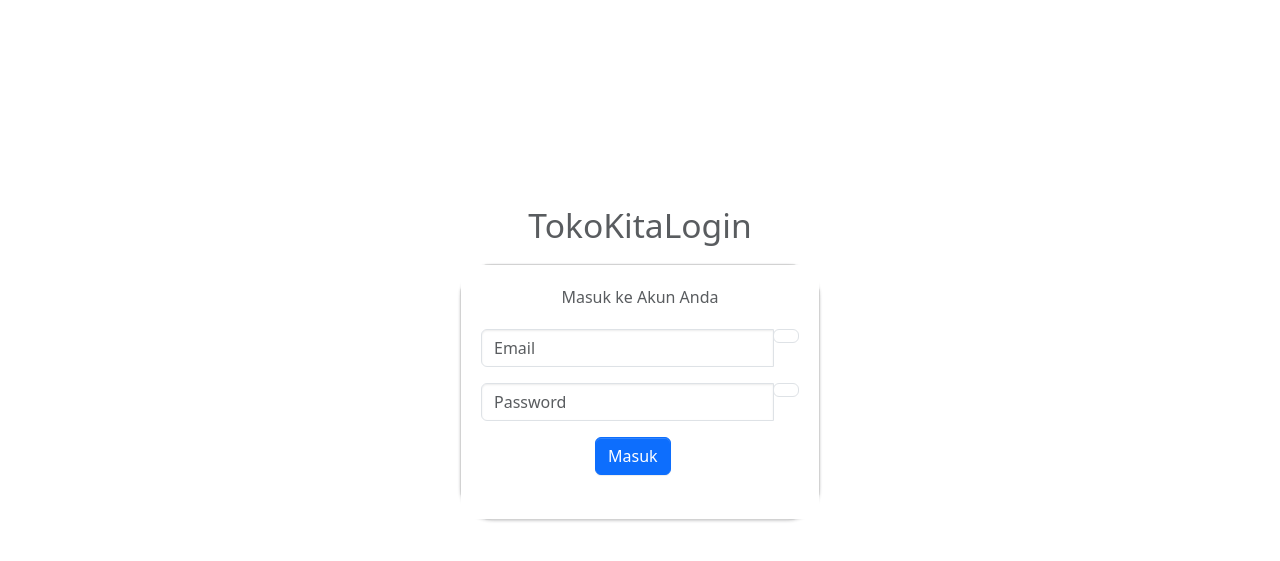
Repository: mufti-1448/Kasir-Toko-Kita-Web
Page: http://localhost/
The author's editor kept a copy of each file at every save. The page is drawn from the files as they stood at one save, then again after a run of saves.
The browser window is 1280 px wide. The pictures show the whole page.
Some web fonts or font styles are not loaded; a fallback is used. The page is served by the project's Laravel application, run on PHP 8.4 with Laravel 12. Other server files are loaded and not shown. Style sheets and scripts are compiled from the project's sources, by tool versions that may differ from the author's.

Above is the page before, as saved 2026-02-03 10:20:49.
Console error: TypeError: Cannot read properties of undefined (reading 'fn')

### routes/web.php
<?php

use Illuminate\Support\Facades\Route;
use App\Http\Controllers\LoginController;
use Symfony\Component\Mailer\Transport\RoundRobinTransport;

// Route::get('/', function () {
//     return view('welcome');
// });

Route::get('/', [LoginController::class, 'showLoginForm']);

### app/Http/Controllers/LoginController.php
<?php

namespace App\Http\Controllers;

use Illuminate\Http\Request;

class LoginController extends Controller
{
    public function showLoginForm() {
        return view('login.login');
    }
}

### resources/views/login/login.blade.php
<!DOCTYPE html>
<html>

<head>
    <meta charset="utf-8">
    <meta http-equiv="X-UA-Compatible" content="IE=edge">
    <title>Admin | Log in</title>
    <!-- Tell the browser to be responsive to screen width -->
    <meta name="viewport" content="width=device-width, initial-scale=1">

    <!-- Font Awesome -->
    <link rel="stylesheet" href="{{ asset('AdminLTE/plugins/fontawesome-free/css/all.min.css') }}">
    <!-- Ionicons -->
    <link rel="stylesheet" href="https://code.ionicframework.com/ionicons/2.0.1/css/ionicons.min.css">
    <!-- icheck bootstrap -->
    <link rel="stylesheet" href="{{ asset('AdminLTE/plugins/icheck-bootstrap/icheck-bootstrap.min.css') }}">
    <!-- Theme style -->
    <link rel="stylesheet" href="{{ asset('AdminLTE/dist/css/adminlte.min.css') }}">
    <!-- Google Font: Source Sans Pro -->
    <link href="https://fonts.googleapis.com/css?family=Source+Sans+Pro:300,400,400i,700" rel="stylesheet">
</head>

<body class="hold-transition login-page">
    <div class="login-box">
        <div class="login-logo">
            <a href="../../index2.html"><b>TokoKita</b>Login</a>
        </div>
        <!-- /.login-logo -->
        <div class="card rounded-5">
            <div class="card-body login-card-body">
                <p class="login-box-msg">Masuk ke Akun Anda</p>

                <form action="../../index3.html" method="post">
                    <div class="input-group mb-3 ">
                        <input type="email" class="form-control" placeholder="Email">
                        <div class="input-group-append">
                            <div class="input-group-text">
                                <span class="fas fa-envelope"></span>
                            </div>
                        </div>
                    </div>
                    <div class="input-group mb-3">
                        <input type="password" class="form-control" placeholder="Password">
                        <div class="input-group-append">
                            <div class="input-group-text">
                                <span class="fas fa-lock"></span>
                            </div>
                        </div>
                    </div>
                    <div class="row justify-content-center mb-4">
                        <!-- /.col -->
                        <div class="col-4">
                            <button type="submit" class="btn btn-primary btn-block">Masuk</button>
                        </div>
                        <!-- /.col -->
                    </div>
                </form>
            </div>
            <!-- /.login-card-body -->
        </div>
    </div>
    <!-- /.login-box -->

    <!-- jQuery -->
    <script src="{{ asset('AdminLTE/plugins/jquery/jquery.min.js') }}"></script>
    <!-- Bootstrap 4 -->
    <script src="{{ asset('AdminLTE/plugins/bootstrap/js/bootstrap.bundle.min.js') }}"></script>
    <!-- AdminLTE App -->
    <script src="{{ asset('AdminLTE/dist/js/adminlte.min.js') }}"></script>
</body>

</html>

### assets/template/src/scss/adminlte.scss
/*!
 *   AdminLTE v4.0.0-beta1
 *   Author: Colorlib
 *   Website: AdminLTE.io <https://adminlte.io>
 *   License: Open source - MIT <https://opensource.org/licenses/MIT>
 */

// Bootstrap Configuration
// ---------------------------------------------------
@import "bootstrap/scss/functions";

// AdminLTE Configuration
// ---------------------------------------------------
@import "bootstrap-variables"; // little modified are here

// Bootstrap Configuration
// ---------------------------------------------------
@import "bootstrap/scss/variables";
@import "bootstrap/scss/variables-dark";
@import "bootstrap/scss/maps";
@import "bootstrap/scss/mixins";
@import "bootstrap/scss/utilities";

// Bootstrap Layout & components
@import "bootstrap/scss/root";
@import "bootstrap/scss/reboot";
@import "bootstrap/scss/type";
@import "bootstrap/scss/images";
@import "bootstrap/scss/containers";
@import "bootstrap/scss/grid";
@import "bootstrap/scss/tables";
@import "bootstrap/scss/forms";
@import "bootstrap/scss/buttons";
@import "bootstrap/scss/transitions";
@import "bootstrap/scss/dropdown";
@import "bootstrap/scss/button-group";
@import "bootstrap/scss/nav";
@import "bootstrap/scss/navbar";
@import "bootstrap/scss/card";
@import "bootstrap/scss/accordion";
@import "bootstrap/scss/breadcrumb";
@import "bootstrap/scss/pagination";
@import "bootstrap/scss/badge";
@import "bootstrap/scss/alert";
@import "bootstrap/scss/progress";
@import "bootstrap/scss/list-group";
@import "bootstrap/scss/close";
@import "bootstrap/scss/toasts";
@import "bootstrap/scss/modal";
@import "bootstrap/scss/tooltip";
@import "bootstrap/scss/popover";
@import "bootstrap/scss/carousel";
@import "bootstrap/scss/spinners";
@import "bootstrap/scss/offcanvas";
@import "bootstrap/scss/placeholders";

// Bootstrap Helpers
@import "bootstrap/scss/helpers";

// Bootstrap Utilities
@import "bootstrap/scss/utilities/api";

// AdminLTE Configuration
// ---------------------------------------------------
@import "variables";
@import "variables-dark";
@import "mixins";

// AdiminLTE Parts
// ---------------------------------------------------
@import "parts/core";
@import "parts/components";
@import "parts/extra-components";
@import "parts/pages";
@import "parts/miscellaneous";

### assets/template/src/scss/_variables-dark.scss
// SIDEBAR SKINS
// --------------------------------------------------------

$lte-sidebar-hover-bg-dark:               rgba(255, 255, 255, .1) !default;
$lte-sidebar-color-dark:                  #c2c7d0 !default;
$lte-sidebar-hover-color-dark:            $white !default;
$lte-sidebar-active-color-dark:           $white !default;
$lte-sidebar-menu-active-bg-dark:         rgba(255, 255, 255, .1) !default;
$lte-sidebar-menu-active-color-dark:      $white !default;
$lte-sidebar-submenu-bg-dark:             transparent !default;
$lte-sidebar-submenu-color-dark:          #c2c7d0 !default;
$lte-sidebar-submenu-hover-color-dark:    $white !default;
$lte-sidebar-submenu-hover-bg-dark:       rgba(255, 255, 255, .1) !default;
$lte-sidebar-submenu-active-color-dark:   $white !default;
$lte-sidebar-submenu-active-bg-dark:      rgba(255, 255, 255, .1) !default;
$lte-sidebar-header-color-dark:           tint-color(#c2c7d0, 5%) !default;

### assets/template/src/scss/mixins/_animations.scss
//
// Mixins: Animation
//


@keyframes flipInX {
  0% {
    opacity: 0;
    transition-timing-function: ease-in;
    transform: perspective(400px) rotate3d(1, 0, 0, 90deg);
  }

  40% {
    transition-timing-function: ease-in;
    transform: perspective(400px) rotate3d(1, 0, 0, -20deg);
  }

  60% {
    opacity: 1;
    transform: perspective(400px) rotate3d(1, 0, 0, 10deg);
  }

  80% {
    transform: perspective(400px) rotate3d(1, 0, 0, -5deg);
  }

  100% {
    transform: perspective(400px);
  }
}

@keyframes fadeIn {
  from {
    opacity: 0;
  }

  to {
    opacity: 1;
  }
}

@keyframes fadeOut {
  from {
    opacity: 1;
  }

  to {
    opacity: 0;
  }
}

@keyframes shake {
  0% {
    transform: translate(2px, 1px) rotate(0deg);
  }
  10% {
    transform: translate(-1px, -2px) rotate(-2deg);
  }
  20% {
    transform: translate(-3px, 0) rotate(3deg);
  }
  30% {
    transform: translate(0, 2px) rotate(0deg);
  }
  40% {
    transform: translate(1px, -1px) rotate(1deg);
  }
  50% {
    transform: translate(-1px, 2px) rotate(-1deg);
  }
  60% {
    transform: translate(-3px, 1px) rotate(0deg);
  }
  70% {
    transform: translate(2px, 1px) rotate(-2deg);
  }
  80% {
    transform: translate(-1px, -1px) rotate(4deg);
  }
  90% {
    transform: translate(2px, 2px) rotate(0deg);
  }
  100% {
    transform: translate(1px, -2px) rotate(-1deg);
  }
}

@keyframes wobble {
  0% {
    transform: none;
  }

  15% {
    transform: translate3d(-25%, 0, 0) rotate3d(0, 0, 1, -5deg);
  }

  30% {
    transform: translate3d(20%, 0, 0) rotate3d(0, 0, 1, 3deg);
  }

  45% {
    transform: translate3d(-15%, 0, 0) rotate3d(0, 0, 1, -3deg);
  }

  60% {
    transform: translate3d(10%, 0, 0) rotate3d(0, 0, 1, 2deg);
  }

  75% {
    transform: translate3d(-5%, 0, 0) rotate3d(0, 0, 1, -1deg);
  }

  100% {
    transform: none;
  }
}

### assets/template/src/scss/_app-content.scss
.app-content {
  padding: $lte-content-padding-y $lte-content-padding-x;
}

.app-content-top-area,
.app-content-bottom-area{
  display: flex;
  align-items: center;
  padding: $lte-content-padding-y $lte-content-padding-x;
  overflow: auto;
  background: $lte-app-footer-bg;

  > .row {
    display: contents;
  }

  &.app-content-top-area-sm,
  &.app-content-bottom-area-sm{
    min-height: $lte-app-content-bottom-area-height-sm;
  }

  &.app-content-top-area-md,
  &.app-content-bottom-area-md{
    min-height: $lte-app-content-bottom-area-height-md;
  }
  &.app-content-top-area-lg,
  &.app-content-bottom-area-lg{
    min-height: $lte-app-content-bottom-area-height-lg;
  }
  &.app-content-top-area-xl,
  &.app-content-bottom-area-xl{
    min-height: $lte-app-content-bottom-area-height-xl;
  }
}

.app-content-top-area:not(.app-content-top-area-sm):not(.app-content-top-area-md):not(.app-content-top-area-lg):not(.app-content-top-area-xl),
.app-content-bottom-area:not(.app-content-bottom-area-sm):not(.app-content-bottom-area-md):not(.app-content-bottom-area-lg):not(.app-content-bottom-area-xl) {
  padding-top: $grid-gutter-width * .625;
  padding-bottom: $grid-gutter-width * .625;
}

.app-content-bottom-area {
  border-top: $lte-app-footer-border-top;
}
.app-content-top-area {
  border-bottom: $lte-app-footer-border-top;

  + .app-main {
    padding-top: $grid-gutter-width * .5;
  }
}

### assets/template/src/scss/_callouts.scss
//
// Callouts
//

.callout {
  --#{$prefix}link-color-rgb: var(--#{$lte-prefix}callout-link);
  --#{$prefix}code-color: var(--#{$lte-prefix}callout-code-color);

  padding: 1.25rem;
  color: var(--#{$lte-prefix}callout-color, inherit);
  background-color: var(--#{$lte-prefix}callout-bg, var(--bs-gray-100));
  border-left: .25rem solid var(--#{$lte-prefix}callout-border, var(--bs-gray-300));

  .callout-link {
    font-weight: $lte-callout-link-font-weight;
    color: var(--#{$prefix}callout-link-color);
  }

  h4 {
    margin-bottom: .25rem;
  }

  > :last-child {
    margin-bottom: 0;
  }

  + .callout {
    margin-top: -.25rem;
  }
}

// Variations
@each $name, $color in $theme-colors {
  .callout-#{$name} {
    --#{$lte-prefix}callout-color: var(--#{$prefix}#{$name}-text-emphasis);
    --#{$lte-prefix}callout-bg: var(--#{$prefix}#{$name}-bg-subtle);
    --#{$lte-prefix}callout-border: var(--#{$prefix}#{$name}-border-subtle);
    --#{$prefix}callout-link-color: var(--#{$prefix}#{$name}-text-emphasis);
  }
}

### assets/template/src/scss/_compact-mode.scss
.compact-mode {
  .app-content-top-area:not(.app-content-top-area-sm):not(.app-content-top-area-md):not(.app-content-top-area-lg):not(.app-content-top-area-xl),
  .app-content-bottom-area:not(.app-content-bottom-area-sm):not(.app-content-bottom-area-md):not(.app-content-bottom-area-lg):not(.app-content-bottom-area-xl) {
    padding-top: $grid-gutter-width * .425;
    padding-bottom: $grid-gutter-width * .425;
  }
  .app-content-top-area-sm,
  .app-content-bottom-area-sm {
    min-height: $lte-app-content-bottom-area-height-sm * .825;
  }

  .app-content-top-area-md,
  .app-content-bottom-area-md {
    min-height: $lte-app-content-bottom-area-height-md * .825;
  }

  .app-content-top-area-lg,
  .app-content-bottom-area-lg {
    min-height: $lte-app-content-bottom-area-height-lg * .825;
  }

  .app-content-top-area-xl,
  .app-content-bottom-area-xl {
    min-height: $lte-app-content-bottom-area-height-xl * .825;
  }


  .app-header {
    max-height: $lte-app-header-height-compact;

    .nav-link {
      max-height: $nav-link-height-compact;
    }
  }

  .nav-link {
    --bs-nav-link-padding-y: .25rem;
    --bs-nav-link-padding-x: .5rem;
  }

  &.sidebar-mini.sidebar-collapse {
    .app-sidebar:not(:hover) {
      min-width: $lte-sidebar-mini-width-compact;
      max-width: $lte-sidebar-mini-width-compact;

      .sidebar-menu {
        .nav-link {
          width: $lte-sidebar-mini-width-compact - $lte-sidebar-padding-x * 2 !important;
        }
      }
    }
  }

  .logo-xs,
  .logo-xl {
    max-height: $lte-app-header-height-compact;
  }

  .brand-image {
    width: $nav-link-height-compact;
    height: $nav-link-height-compact;
  }

  .sidebar-brand {
    height: $lte-app-header-height-compact;
  }

  .app-footer {
    padding: $lte-app-footer-padding-compact;
  }

  .sidebar-wrapper {
    .nav-icon {
      min-width: 1.1rem;
      max-width: 1.1rem;
    }
  }
}

### assets/template/src/scss/_progress-bars.scss
//
// Component: Progress Bar
//

//General CSS
.progress {
  @include box-shadow(null);
  @include border-radius($lte-progress-bar-border-radius);

  // Vertical bars
  &.vertical {
    position: relative;
    display: inline-block;
    width: 30px;
    height: 200px;
    margin-right: 10px;

    > .progress-bar {
      position: absolute;
      bottom: 0;
      width: 100%;
    }

    //Sizes
    &.sm,
    &.progress-sm {
      width: 20px;
    }

    &.xs,
    &.progress-xs {
      width: 10px;
    }

    &.xxs,
    &.progress-xxs {
      width: 3px;
    }
  }
}

.progress-group {
  margin-bottom: map-get($spacers, 2);
}

// size variation
.progress-sm {
  height: 10px;
}

.progress-xs {
  height: 7px;
}

.progress-xxs {
  height: 3px;
}

// Remove margins from progress bars when put in a table
.table {
  tr > td {
    .progress {
      margin: 0;
    }
  }
}

### assets/template/src/scss/_table.scss
//
// Component: Table
//

.table {
  &:not(.table-dark) {
    color: inherit;
  }

  // fixed table head
  &.table-head-fixed {
    thead tr:nth-child(1) th {
      position: sticky;
      top: 0;
      z-index: 10;
      background-color: $white;
      border-bottom: 0;
      box-shadow: inset 0 1px 0 $table-border-color, inset 0 -1px 0 $table-border-color;
    }

    // TODO: add $table-dark
    // &.table-dark {
    //   thead tr {
    //     &:nth-child(1) th {
    //       background-color: $table-dark-bg;
    //       box-shadow: inset 0 1px 0 $table-dark-border-color, inset 0 -1px 0 $table-dark-border-color;
    //     }
    //   }
    // }
  }

  // no border
  &.no-border {
    &,
    td,
    th {
      border: 0;
    }
  }

  // .text-center in tables
  &.text-center {
    &,
    td,
    th {
      text-align: center;
    }
  }

  &.table-valign-middle {
    thead > tr > th,
    thead > tr > td,
    tbody > tr > th,
    tbody > tr > td {
      vertical-align: middle;
    }
  }

  .card-body.p-0 & {
    thead > tr > th,
    thead > tr > td,
    tfoot > tr > th,
    tfoot > tr > td,
    tbody > tr > th,
    tbody > tr > td {
      &:first-of-type {
        padding-left: map-get($spacers, 4);
      }

      &:last-of-type {
        padding-right: map-get($spacers, 4);
      }
    }
  }
}

### assets/template/src/scss/_small-box.scss
//
// Component: Small Box
//

.small-box {
  @include border-radius($border-radius);
  @include box-shadow($lte-card-shadow);
  position: relative;
  display: block;
  margin-bottom: 1.25rem;
  --bs-link-color-rgb: none;
  --bs-link-hover-color-rgb: none;
  --bs-heading-color: none;

  // content wrapper
  > .inner {
    padding: 10px;
  }

  > .small-box-footer {
    position: relative;
    z-index: 10;
    display: block;
    padding: 3px 0;
    text-align: center;
    background-color: rgba($black, .07);

    &:hover {
      background-color: rgba($black, .1);
    }
  }

  h3 {
    @include font-size(2.2rem);
    padding: 0;
    margin: 0 0 10px;
    font-weight: 700;
    white-space: nowrap;
  }

  @include media-breakpoint-up(lg) {
    .col-xl-2 &,
    .col-lg-2 &,
    .col-md-2 & {
      h3 {
        @include font-size(1.6rem);
      }
    }

    .col-xl-3 &,
    .col-lg-3 &,
    .col-md-3 & {
      h3 {
        @include font-size(1.6rem);
      }
    }
  }

  @include media-breakpoint-up(xl) {
    .col-xl-2 &,
    .col-lg-2 &,
    .col-md-2 & {
      h3 {
        @include font-size(2.2rem);
      }
    }

    .col-xl-3 &,
    .col-lg-3 &,
    .col-md-3 & {
      h3 {
        @include font-size(2.2rem);
      }
    }
  }

  p {
    font-size: 1rem;

    > small {
      display: block;
      margin-top: 5px;
      font-size: .9rem;
      color: $gray-100;
    }
  }

  h3,
  p {
    z-index: 5;
  }

  // the icon
  .small-box-icon {
    position: absolute;
    top: 15px;
    right: 15px;
    z-index: 0;
    height: 70px;
    font-size: 70px;
    color: rgba($black, .15);
    @include transition(transform $lte-transition-speed linear);
  }

  // Small box hover state
  &:hover {
    // Animate icons on small box hover
    .small-box-icon {
      transform: scale(1.1);
    }
  }
}

@include media-breakpoint-down(sm) {
  // No need for icons on very small devices
  .small-box {
    text-align: center;

    .small-box-icon {
      display: none;
    }

    p {
      font-size: 12px;
    }
  }
}

### assets/template/src/scss/_info-box.scss
//
// Component: Info Box
//

.info-box {
  @include box-shadow($lte-card-shadow);
  @include border-radius($border-radius);

  position: relative;
  display: flex;
  width: 100%;
  min-height: 80px;
  padding: .5rem;
  margin-bottom: map-get($spacers, 3);
  color: var(--#{$prefix}body-color);
  background-color: var(--#{$prefix}body-bg);

  .progress {
    height: 2px;
    margin: 5px 0;
    background-color: rgba(var(--#{$lte-prefix}card-variant-color-rgb), .125);

    .progress-bar {
      background-color: var(--#{$lte-prefix}card-variant-color);
    }
  }

  .info-box-icon {
    display: flex;
    align-items: center;
    justify-content: center;
    width: 70px;
    font-size: 1.875rem;
    text-align: center;
    @include border-radius($border-radius);

    > img {
      max-width: 100%;
    }
  }

  .info-box-content {
    display: flex;
    flex: 1;
    flex-direction: column;
    justify-content: center;
    padding: 0 10px;
    line-height: 1.8;
  }

  .info-box-number {
    display: block;
    margin-top: .25rem;
    font-weight: $font-weight-bold;
  }

  .progress-description,
  .info-box-text {
    display: block;
    overflow: hidden;
    text-overflow: ellipsis;
    white-space: nowrap;
  }

  .info-box-more {
    display: block;
  }

  .progress-description {
    margin: 0;

  }

  @include media-breakpoint-up(md) {
    .col-xl-2 &,
    .col-lg-2 &,
    .col-md-2 & {
      .progress-description {
        display: none;
      }
    }

    .col-xl-3 &,
    .col-lg-3 &,
    .col-md-3 & {
      .progress-description {
        display: none;
      }
    }
  }

  @include media-breakpoint-up(lg) {
    .col-xl-2 &,
    .col-lg-2 &,
    .col-md-2 & {
      .progress-description {
        @include font-size(.75rem);
        display: block;
      }
    }

    .col-xl-3 &,
    .col-lg-3 &,
    .col-md-3 & {
      .progress-description {
        @include font-size(.75rem);
        display: block;
      }
    }
  }

  @include media-breakpoint-up(xl) {
    .col-xl-2 &,
    .col-lg-2 &,
    .col-md-2 & {
      .progress-description {
        @include font-size(1rem);
        display: block;
      }
    }

    .col-xl-3 &,
    .col-lg-3 &,
    .col-md-3 & {
      .progress-description {
        @include font-size(1rem);
        display: block;
      }
    }
  }
}

### assets/template/src/scss/_toasts.scss
//
// Toast
//

@each $name, $color in $theme-colors {
  .toast-#{$name} {
    --#{$prefix}toast-header-color: #{color-contrast($color)};
    --#{$prefix}toast-header-bg: #{$color};
    --#{$prefix}toast-header-border-color: #{$color};
    --#{$prefix}toast-border-color: #{$color};
    --#{$prefix}toast-bg: var(--#{$prefix}#{$name}-bg-subtle);

    @if color-contrast($color) == $color-contrast-light {
      .btn-close {
        @include btn-close-white();
      }
    }
  }
}

@if $enable-dark-mode {
  @include color-mode(dark) {
    @each $name, $color in $theme-colors {
      .toast-#{$name} {
        @if color-contrast($color) == $color-contrast-dark {
          .btn-close {
            --#{$prefix}btn-close-white-filter: none;
          }
        }
      }
    }
  }
}

### assets/template/src/scss/pages/_login_and_register.scss
//
// Pages: Login & Register
//

.login-logo,
.register-logo {
  margin-bottom: .9rem;
  font-size: 2.1rem;
  font-weight: 300;
  text-align: center;

  a {
    color: var(--#{$prefix}secondary-color);
    text-decoration: none;
  }
}

.login-page,
.register-page {
  display: flex;
  flex-direction: column;
  align-items: center;
  justify-content: center;
  min-height: 100vh;
}

.login-box,
.register-box {
  width: 360px;

  @media (max-width: map-get($grid-breakpoints, sm)) {
    width: 90%;
    margin-top: .5rem;
  }

  .card {
    margin-bottom: 0;
  }
}

.login-card-body,
.register-card-body {
  padding: 20px;
  color: var(--#{$prefix}secondary-color);
  background-color: var(--#{$prefix}body-bg);
  border-top: 0;

  .input-group {
    .form-control {
      &:focus {
        box-shadow: none;

        ~ .input-group-prepend .input-group-text,
        ~ .input-group-append .input-group-text {
          border-color: $input-focus-border-color;
        }
      }

      &.is-valid {
        &:focus {
          box-shadow: none;
        }

        ~ .input-group-prepend .input-group-text,
        ~ .input-group-append .input-group-text {
          border-color: $success;
        }
      }

      &.is-invalid {
        &:focus {
          box-shadow: none;
        }

        ~ .input-group-append .input-group-text {
          border-color: $danger;
        }
      }
    }

    .input-group-text {
      color: var(--#{$prefix}secondary-color);
      background-color: transparent;
      @include border-top-end-radius($border-radius);
      @include border-bottom-end-radius($border-radius);
      @include transition($input-transition);
    }
  }
}

.login-box-msg,
.register-box-msg {
  padding: 0 20px 20px;
  margin: 0;
  text-align: center;
}

.social-auth-links {
  margin: 10px 0;
}

### assets/template/src/scss/pages/_lockscreen.scss
//
// Pages: Lock Screen
//

// ADD THIS CLASS TO THE <BODY> TAG
.lockscreen {
  // User name [optional]
  .lockscreen-name {
    font-weight: 600;
    text-align: center;
  }

  .lockscreen-logo {
    margin-bottom: 25px;
    font-size: 35px;
    font-weight: 300;
    text-align: center;

    a {
      color: var(--#{$prefix}emphasis-color);
      text-decoration: none;
    }
  }

  .lockscreen-wrapper {
    max-width: 400px;
    margin: 0 auto;
    margin-top: 10%;
  }

  // Will contain the image and the sign in form
  .lockscreen-item {
    position: relative;
    width: 290px;
    padding: 0;
    margin: 10px auto 30px;
    background-color: var(--#{$prefix}body-bg);
    @include border-radius(4px);
  }

  // User image
  .lockscreen-image {
    position: absolute;
    top: -25px;
    left: -10px;
    z-index: 10;
    padding: 5px;
    background-color: var(--#{$prefix}body-bg);
    @include border-radius(50%);

    > img {
      @include border-radius(50%);
      width: 70px;
      height: 70px;
    }
  }

  // Contains the password input and the login button
  .lockscreen-credentials {
    margin-left: 70px;

    .form-control {
      border: 0;
    }

    .btn {
      padding: 0 10px;
      border: 0;
    }
  }

  .lockscreen-footer {
    margin-top: 10px;
  }
}

Loaded but not shown: app/Http/Controllers/Controller.php (common file); public/AdminLTE/plugins/icheck-bootstrap/icheck-bootstrap.min.css (library); public/AdminLTE/plugins/bootstrap/js/bootstrap.bundle.min.js (library); public/AdminLTE/dist/js/adminlte.min.js (library); assets/template/src/scss/_bootstrap-variables.scss (common file); assets/template/src/scss/_mixins.scss (common file); assets/template/src/scss/mixins/_scrollbar.scss (common file); assets/template/src/scss/parts/_core.scss (common file); assets/template/src/scss/_root.scss (common file); assets/template/src/scss/_app-wrapper.scss (common file); assets/template/src/scss/_app-header.scss (common file); assets/template/src/scss/_app-main.scss (common file); assets/template/src/scss/_app-footer.scss (common file); assets/template/src/scss/_docs.scss (common file); assets/template/src/scss/parts/_components.scss (common file); assets/template/src/scss/parts/_extra-components.scss (common file); assets/template/src/scss/parts/_pages.scss (common file); assets/template/src/scss/parts/_miscellaneous.scss (common file); assets/template/src/scss/_miscellaneous.scss (common file); assets/template/src/scss/_app-sidebar.scss (602 lines, source omitted); assets/template/src/scss/_variables.scss (118 lines, source omitted); assets/template/src/scss/_cards.scss (309 lines, source omitted); assets/template/src/scss/_dropdown.scss (248 lines, source omitted); assets/template/src/scss/_direct-chat.scss (235 lines, source omitted); assets/template/src/scss/_timeline.scss (121 lines, source omitted)

After the next 2 saves:
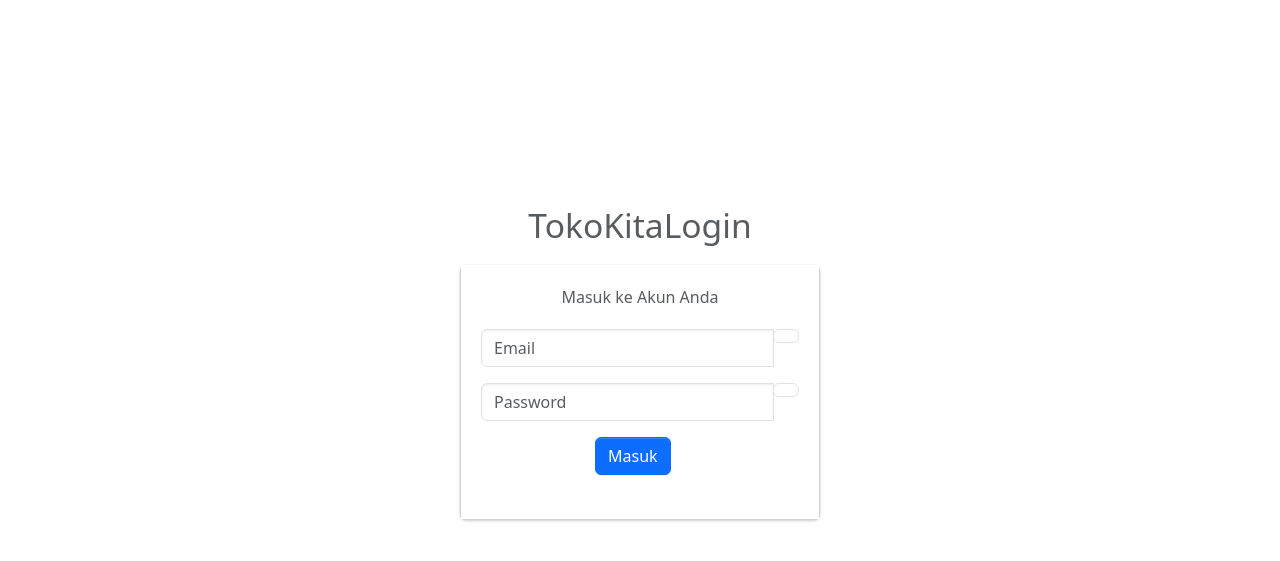
The 2 saves are shown as one change because they came seconds apart.
The last was saved 6 s later.
--- a/resources/views/login/login.blade.php
+++ b/resources/views/login/login.blade.php
@@ -26,7 +26,7 @@
             <a href="../../index2.html"><b>TokoKita</b>Login</a>
         </div>
         <!-- /.login-logo -->
-        <div class="card rounded-5">
+        <div class="card card-outline">
             <div class="card-body login-card-body">
                 <p class="login-box-msg">Masuk ke Akun Anda</p>
 
